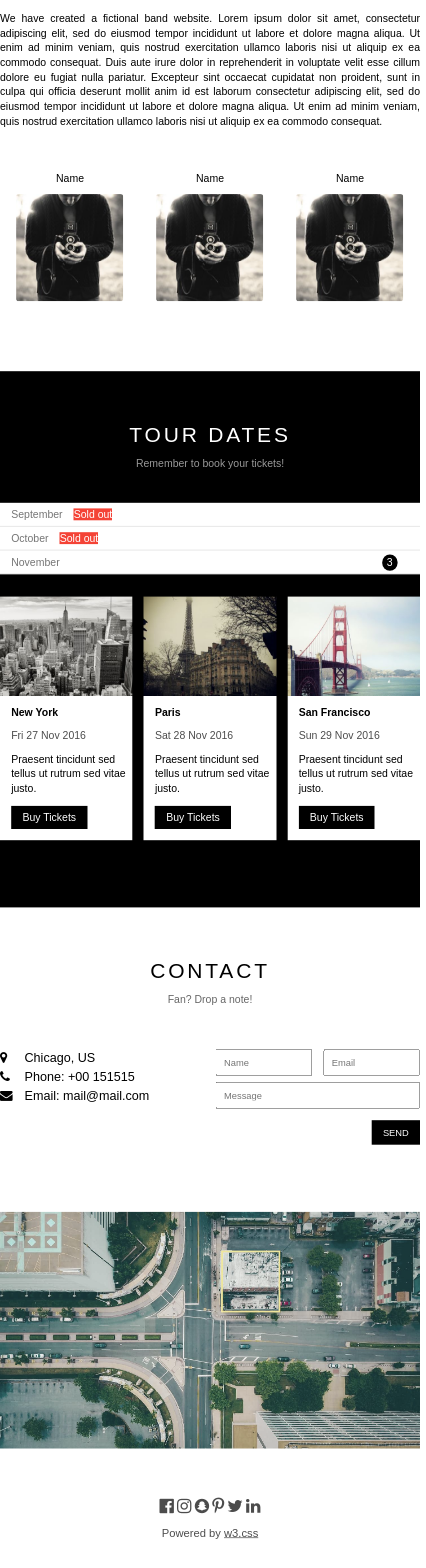
Repository: nguyenhoang2002062929/band
Page: index.html
The author's editor kept a copy of each file at every save. The page is drawn from the files as they stood at one save, then again after the next save.
The browser window is 600 px wide. The page is 608 px wide, so the pictures cover 608 px, including what lies to the right of the window. The pictures show the part of the page from y = 485 to 2725 px (the page is 2765 px tall before and 3173 px after), at 70% of full size.

Above is the page before, as saved 2023-06-09 22:32:00.

After the next save:
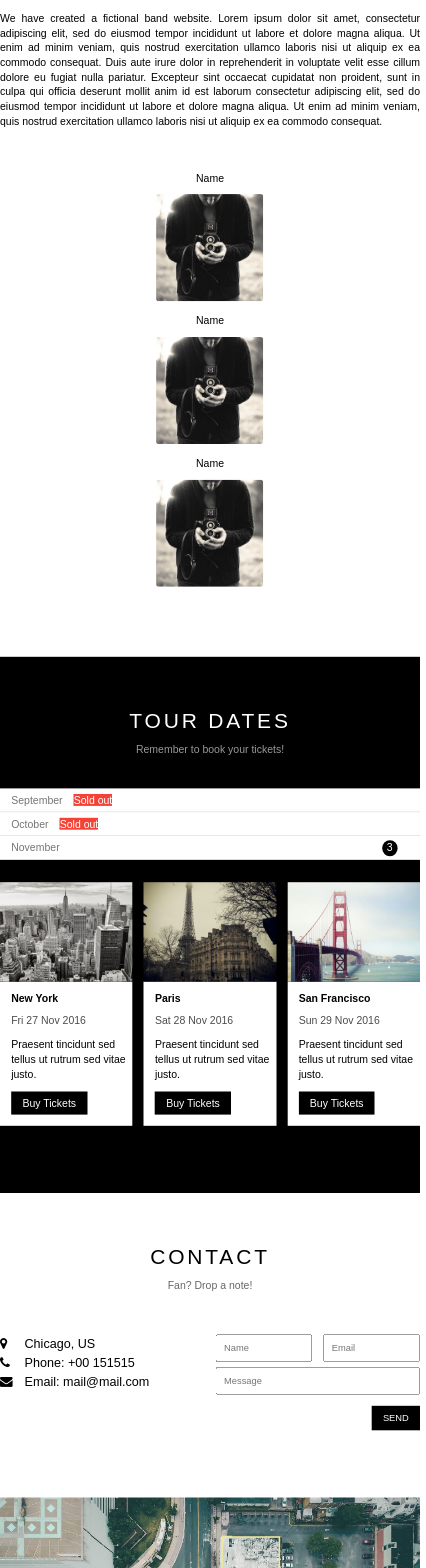
Saved 104 s later.
--- a/assets/css/style.css
+++ b/assets/css/style.css
@@ -435,6 +435,9 @@ cursor: pointer;
     .tour-section{
         width: 100%;
     }
+    .content-member{
+        flex-direction: column;
+    }
 
 
 }
